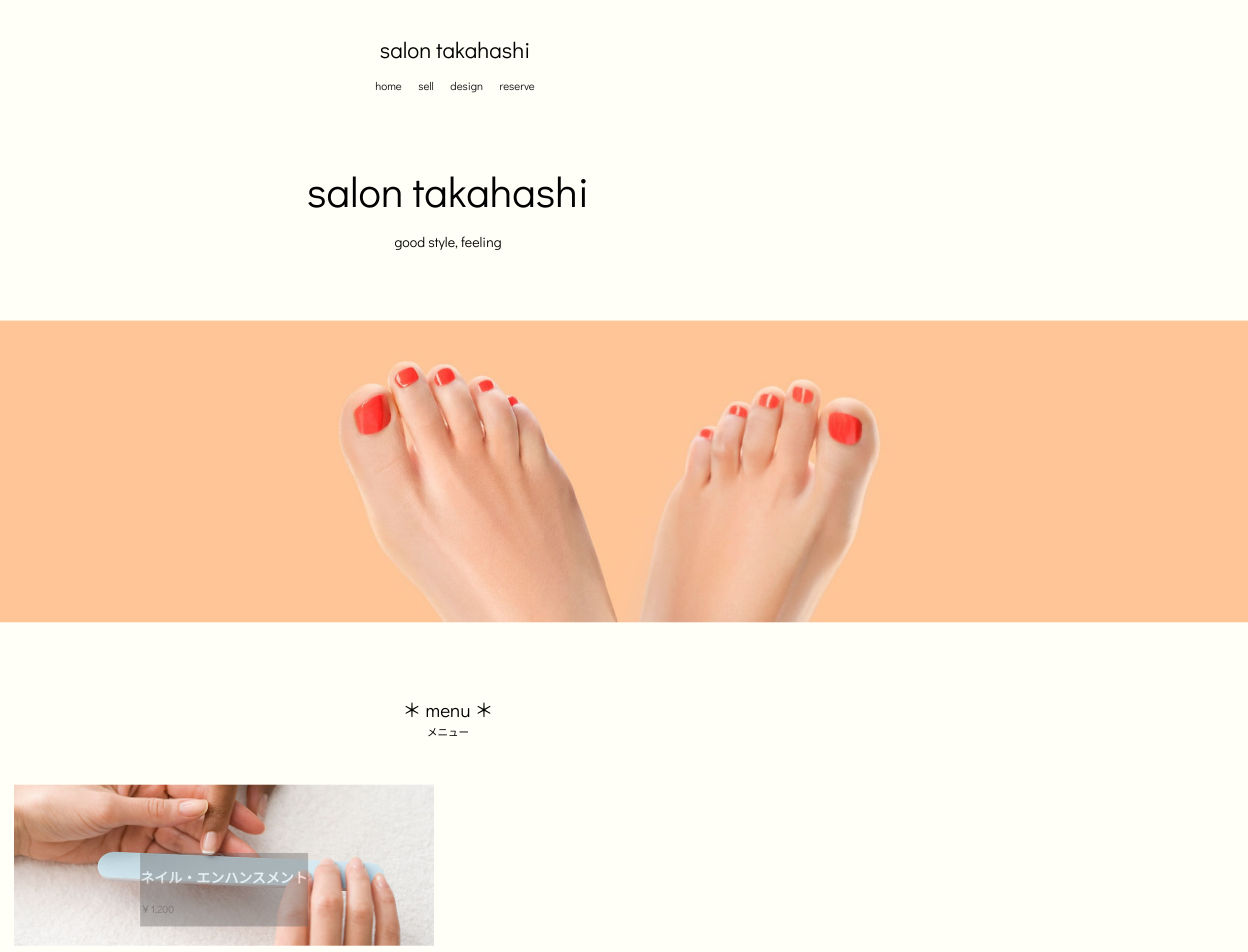
Repository: yukitakahashi1002/salontakahashi-
Page: index.html
An editor plug-in stored every save of this project. The page is shown before and after the next save, followed by the edit.
The browser window is 1280 px wide. The page is 1783 px wide, so the pictures cover 1783 px, including what lies to the right of the window. The pictures show the part of the page from y = 0 to 1360 px (the page is 1929 px tall), at 70% of full size.

Above is the page before, as saved 2023-07-29 01:43:09.

After the next save:
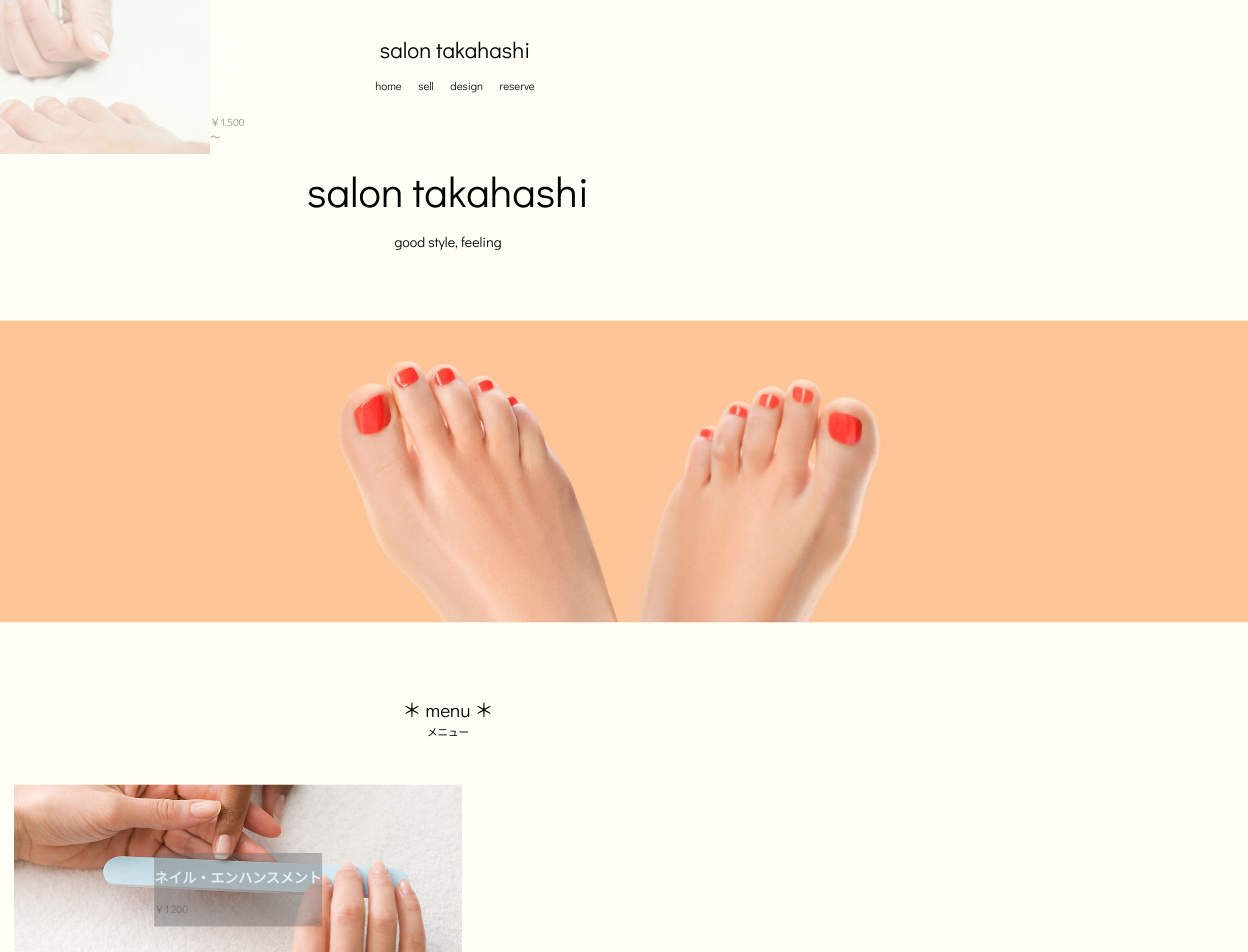
Saved 3 min 52 s later.
--- a/style.css
+++ b/style.css
@@ -117,7 +117,7 @@
     top: 25%;
     left: 50%;
     -ms-transform: translate(-50%, -50%);
-    -webkit-tranfsorm: translate(-50%, -50%);
+    -webkit-transform: translate(-50%, -50%);
     transform: translate(-50%, -50%);
     margin: 0;
     padding: 0;
@@ -129,9 +129,22 @@
 .menu-flex-right {
     display: flex;
     align-items: flex-end;
+    position: relative;
 }
 
 
 .menu-flex-right > img {
     width: 100%;
 }
+ .menu-flex-right {
+    position: absolute;
+    bottom: 25%;
+    right: 50%;
+    -ms-transform: translate(-50%, -50%);
+    -webkit-transform: translate(-50%, -50%);
+    transform: translate(-50%, -50%);
+    margin: 0;
+    padding: 0;
+    background-color: #666666;
+    opacity: 0.4;
+ }

After the 2 saves that followed:
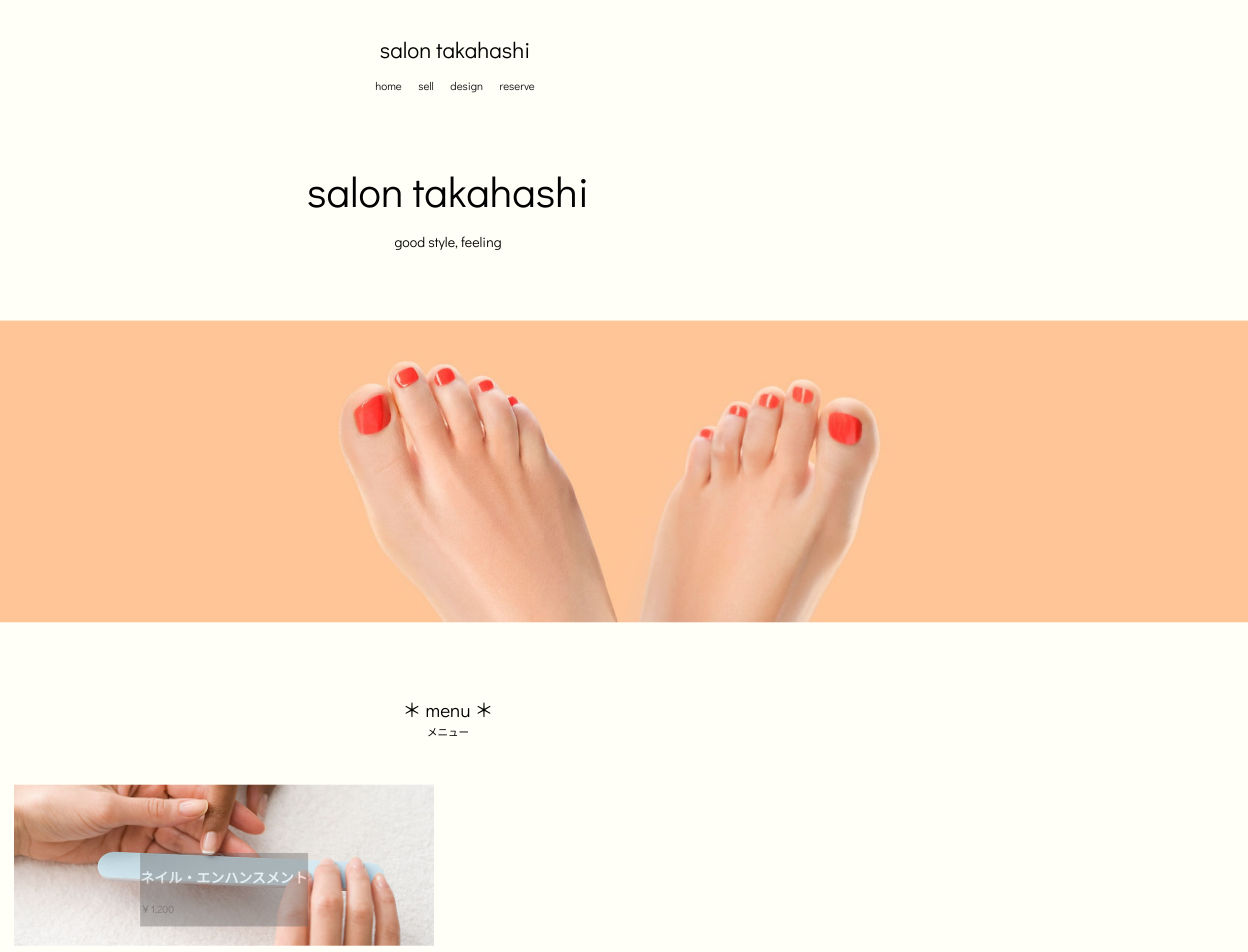
The 2 saves are shown as one change because 1 left the picture as it was.
The last was saved 3 min 8 s later.
--- a/style.css
+++ b/style.css
@@ -136,7 +136,8 @@
 .menu-flex-right > img {
     width: 100%;
 }
- .menu-flex-right {
+
+.menu-flex-right > div {
     position: absolute;
     bottom: 25%;
     right: 50%;
